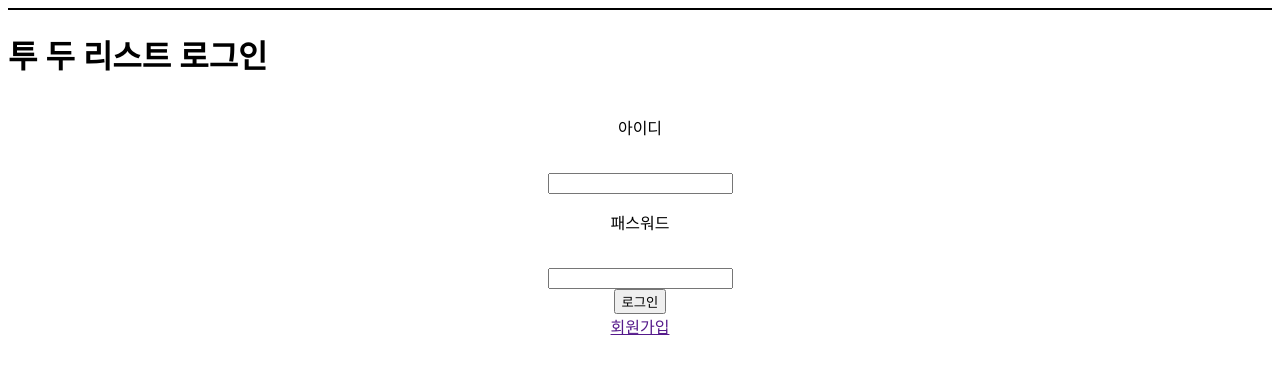
Repository: kdhleppa/server
Page: http://localhost/todoList/
The author's editor kept a copy of each file at every save. The page is drawn from the files as they stood at one save, then again after the next save.
The browser window is 1280 px wide. The pictures show the whole page.
The page is served by Tomcat 9. Other server files are loaded and not shown.

Above is the page before, as saved 2023-09-26 03:36:40.

### todoList/src/main/webapp/index.jsp
<%@ page language="java" contentType="text/html; charset=UTF-8"
    pageEncoding="UTF-8"%>

<%@ taglib prefix="c" uri="http://java.sun.com/jsp/jstl/core"%>
<!DOCTYPE html>
<html>
<head>
<meta charset="UTF-8">
<title>todolist</title>

<link rel="stylesheet" href="/resources/css/main.css">
</head>
<body>
	<main>
	    <div id="container"></div>
	    <h1>투 두 리스트 로그인</h1>
	    <form action="/member/login">
	        <p>아이디</p><br>
	        <input type="text" name="inputId">
	        <p>패스워드</p><br>
	        <input type="password" name="inputPw">
	        <button>로그인</button>
	        <a href="">회원가입</a>
	    </form>
	</main>

</body>
</html>

### todoList/src/main/webapp/resources/css/main.css
@charset "UTF-8";

* {
    box-sizing: border-box;
}

div {
    border: 1px solid black;
}

#container {
    display: flex;
    justify-content: center;
    align-items: center;
    flex-direction: column;
}

form {
    display: flex;
    justify-content: center;
    align-items: center;
    flex-direction: column;
}

After the next save:
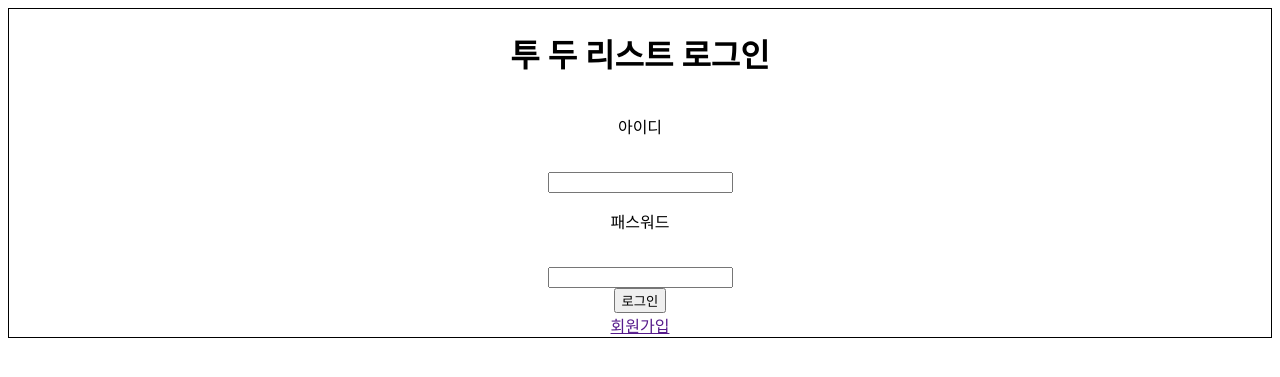
Saved 25 s later.
--- a/todoList/src/main/webapp/index.jsp
+++ b/todoList/src/main/webapp/index.jsp
@@ -12,7 +12,7 @@
 </head>
 <body>
 	<main>
-	    <div id="container"></div>
+	    <div id="container">
 	    <h1>투 두 리스트 로그인</h1>
 	    <form action="/member/login">
 	        <p>아이디</p><br>
@@ -22,6 +22,7 @@
 	        <button>로그인</button>
 	        <a href="">회원가입</a>
 	    </form>
+	    </div>
 	</main>
 
 </body>
